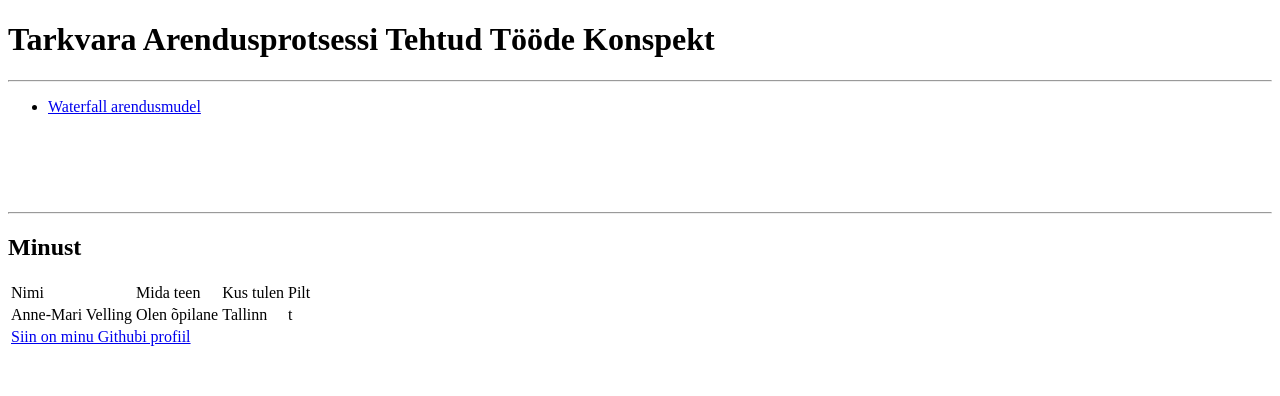
Repository: annemariv/Targe24
Page: index.html
The author's editor kept a copy of each file at every save. The page is drawn from the files as they stood at one save, then again after the next save.
The browser window is 1280 px wide. The pictures show the whole page.

Above is the page before, as saved 2024-11-06 19:29:01.

After the next save:
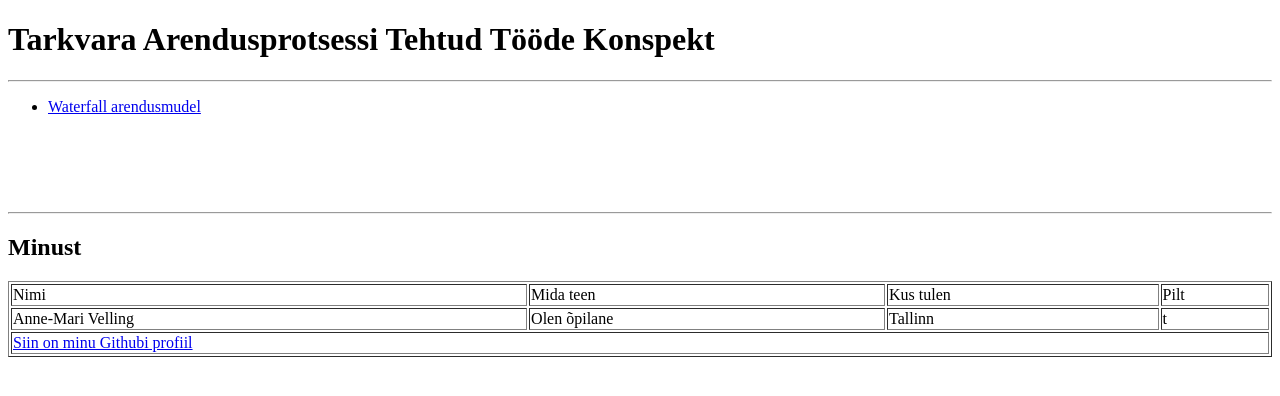
Saved 9 min 27 s later.
--- a/index.html
+++ b/index.html
@@ -19,7 +19,7 @@
     <br/>
     <hr/>
     <h2>Minust</h2>
-    <table>
+    <table style="width: 100%;" border="1">
         <tr>
             <td>Nimi</td>
             <td>Mida teen</td>
